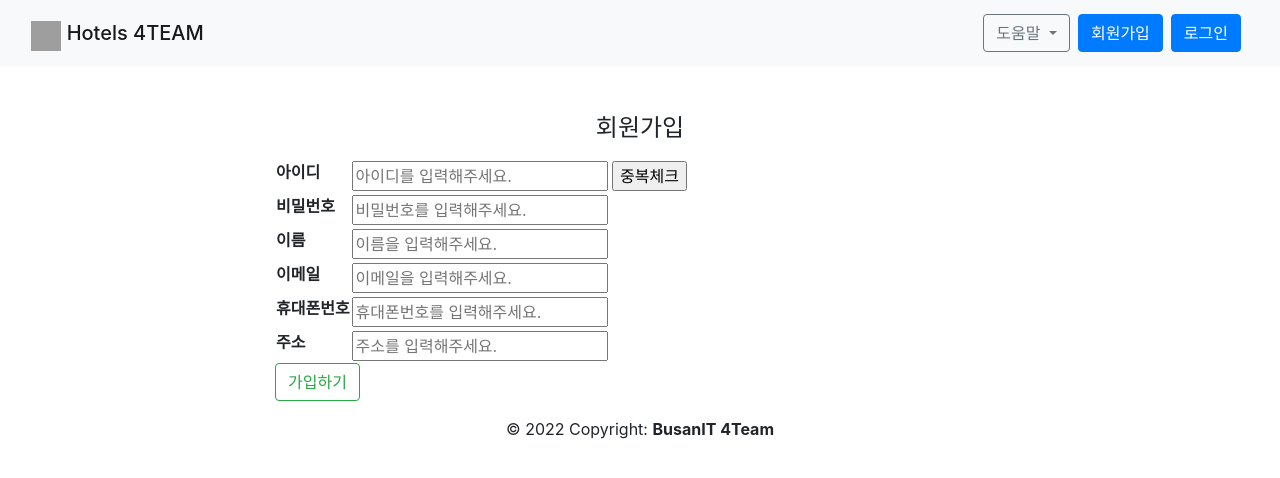
Repository: ShinKioh/Hotel_project
Page: http://localhost/HOTEL/register.jsp
An editor plug-in stored every save of this project. The page is shown before and after the next save, followed by the edit.
The browser window is 1280 px wide. The pictures show the whole page.
Pictures or frames that could not be fetched are drawn as grey boxes. The page is served by Tomcat 9. Other server files are loaded and not shown.

Above is the page before, as saved 2022-02-23 02:43:37.

### HOTEL/WebContent/register.jsp
<%@ page language="java" contentType="text/html; charset=UTF-8"
	pageEncoding="UTF-8"%>
<!DOCTYPE html>
<html>
<head>
<meta charset="UTF-8">
<link rel="stylesheet"
	href="//unpkg.com/bootstrap@4/dist/css/bootstrap.min.css">
<title>회원가입 페이지</title>
</head>
<body>
	<header>
		<nav class="navbar navbar-expand-lg navbar-light bg-light">
			<div class="container-fluid">
				<a class="navbar-brand" href="main.jsp"> <img
					src="img/premium-icon-letter-h-5540593.png" alt="" width="30"
					height="30" class="d-inline-block align-text-top"> <span
					class="navbar-brand mb-0 h1">Hotels 4TEAM</span>
				</a>
				<div class="d-flex justify-content-end">
					<div class="dropdown mr-2">
						<a class="btn btn-outline-secondary dropdown-toggle" href="#"
							role="button" id="dropdownMenuLink" data-toggle="dropdown"
							aria-expanded="false"> 도움말 </a>
						<div class="dropdown-menu" aria-labelledby="dropdownMenuLink">
							<a class="dropdown-item" href="#">공지 사항</a> <a
								class="dropdown-item" href="#">문의 사항</a> <a
								class="dropdown-item" href="#">FAQ</a>
						</div>
					</div>
					<a class="btn btn-primary mr-2" href="register?action=registerUser">회원가입</a>
					<a class="btn btn-primary mr-2" href="login.jsp">로그인</a>
				</div>
			</div>
		</nav>
	</header>
	<div class="container">
		<div class="row mt-5">
			<div class="col-md-8 mx-auto">
				<h4 class="text-center mb-3">회원가입</h4>
				<form action="<%=request.getContextPath()%>/register" method="post">
					<div class="form-group">
						<input type="hidden" name="action" value="registerUser">
					</div>
					<div class="register-form">
						<table>
							<tbody>
								<tr>
									<th><label for="id">아이디</label></th>
									<td><input type="text" name="id"
										placeholder="아이디를 입력해주세요." required> <input
										type="button" onclick="sendServer()" value="중복체크">
										<div id="output"></div> <script type="text/javascript">
											const input = document
													.querySelector('input[type="text"]'); // 태그타입으로 선택
											const output = document
													.getElementById('output');
											const request = new XMLHttpRequest(); // Ajax request 객체 생성
											function sendServer() {
												// 버튼을 누르면 실행되는 함수
												let id = input.value; // input창에 입력한 값
												let url = 'idCheck.jsp?id='
														+ id; // 요청할 jsp페이지 주소
												request.open('GET', url, true);
												request.send();
												request.onreadystatechange = getInfo;
											}
											function getInfo() {
												if (request.readyState == 4
														&& request.status == 200) {
													let info = request.responseText; // 요청한 결과 받기
													output.textContent = info;
												}
											};
										</script></td>
								</tr>
								<tr>
									<th><label for="id">비밀번호</label></th>
									<td><input type="text" name="password"
										placeholder="비밀번호를 입력해주세요." required></td>
								</tr>
								<tr>
									<th><label for="id">이름</label></th>
									<td><input type="text" name="name"
										placeholder="이름을 입력해주세요." required></td>
								</tr>
								<tr>
									<th><label for="id">이메일</label></th>
									<td><input type="text" name="email"
										placeholder="이메일을 입력해주세요." required></td>
								</tr>
								<tr>
									<th><label for="id">휴대폰번호</label></th>
									<td><input type="text" name="phone"
										placeholder="휴대폰번호를 입력해주세요." required></td>
								</tr>
								<tr>
									<th><label for="id">주소</label></th>
									<td><input type="text" name="address"
										placeholder="주소를 입력해주세요." required></td>
								</tr>
							</tbody>
						</table>
					</div>
					<%--가입하기 클릭시 신규회원 등록, 메인 페이지로 이동 --%>
					<button type="submit" class="btn btn-outline-success"
						onClick="location.href='main.jsp'">가입하기</button>
				</form>
			</div>
		</div>
	</div>
	<footer class="footer font-small black">
		<div class="footer-copyright text-center py-3">
			© 2022 Copyright: <b> BusanIT 4Team</b>
		</div>
	</footer>
</body>
</html>

After the next save:
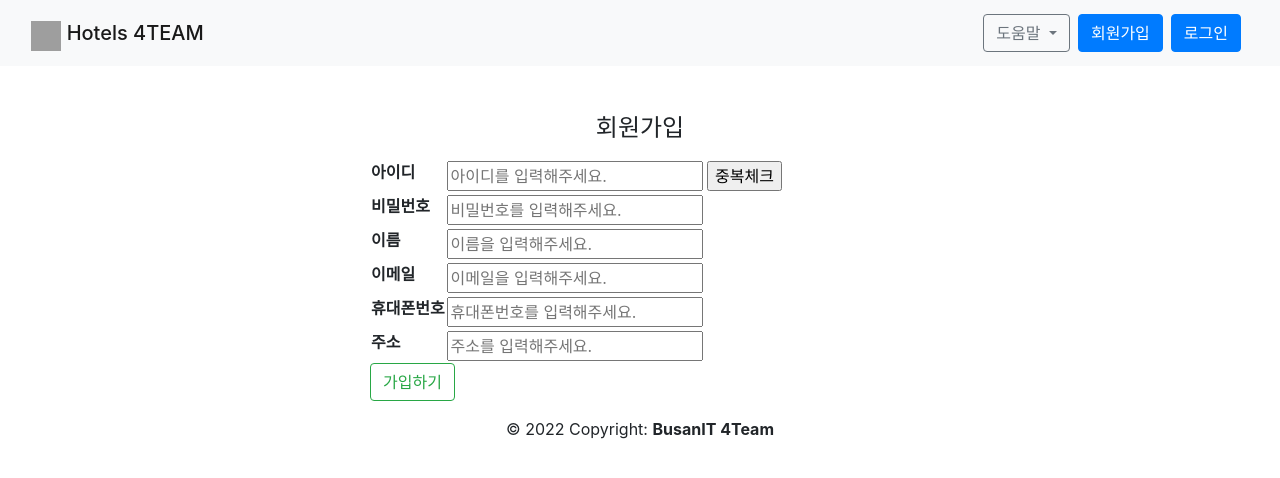
Saved 13 s later.
--- a/HOTEL/WebContent/register.jsp
+++ b/HOTEL/WebContent/register.jsp
@@ -36,7 +36,7 @@
 	</header>
 	<div class="container">
 		<div class="row mt-5">
-			<div class="col-md-8 mx-auto">
+			<div class="col-md-6 mx-auto">
 				<h4 class="text-center mb-3">회원가입</h4>
 				<form action="<%=request.getContextPath()%>/register" method="post">
 					<div class="form-group">
